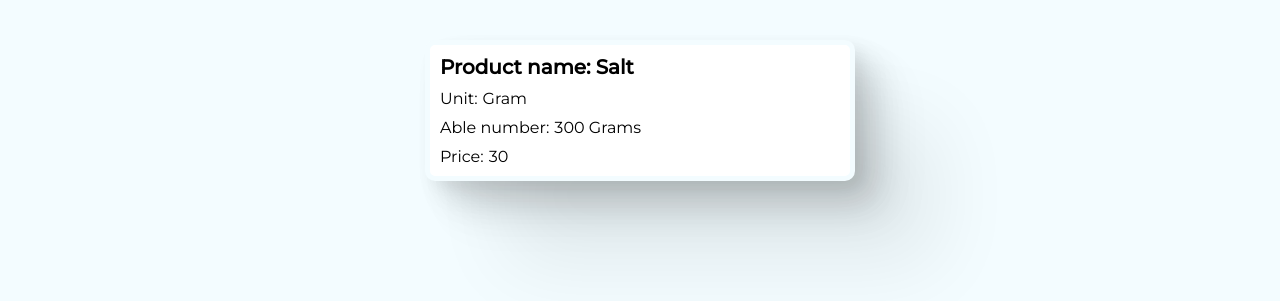
Repository: OlexandraKovach2/Vue
Page: / (app in vuexam/brila-exam/)
The author's editor kept a copy of each file at every save. The page is drawn from the files as they stood at one save, then again after the next save.
The browser window is 1280 px wide. The pictures show the whole page.
The pointer rests on the first visible `.ObjectCard`.
The project was rebuilt for these pictures with package versions that can differ from the ones it lists, and the page was loaded fresh each time. Also part of the build but not shown: vuexam/brila-exam/vue.config.js.

Above is the page before, as saved 2022-11-08 21:56:45.

After the next save:
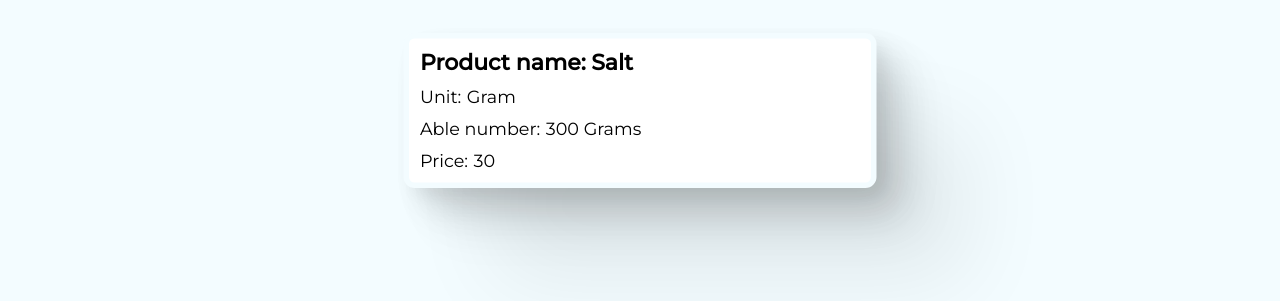
Saved 7 s later.
--- a/vuexam/brila-exam/src/components/ObjectTable/ObjectBase.vue
+++ b/vuexam/brila-exam/src/components/ObjectTable/ObjectBase.vue
@@ -71,9 +71,7 @@
   transition: 0.3s;
 }
 .ObjectCard:hover{
-    :hover{
-        scale: 1.1;
-    }
+    scale: 1.1;
 }
 .info-row{
     display: flex;
